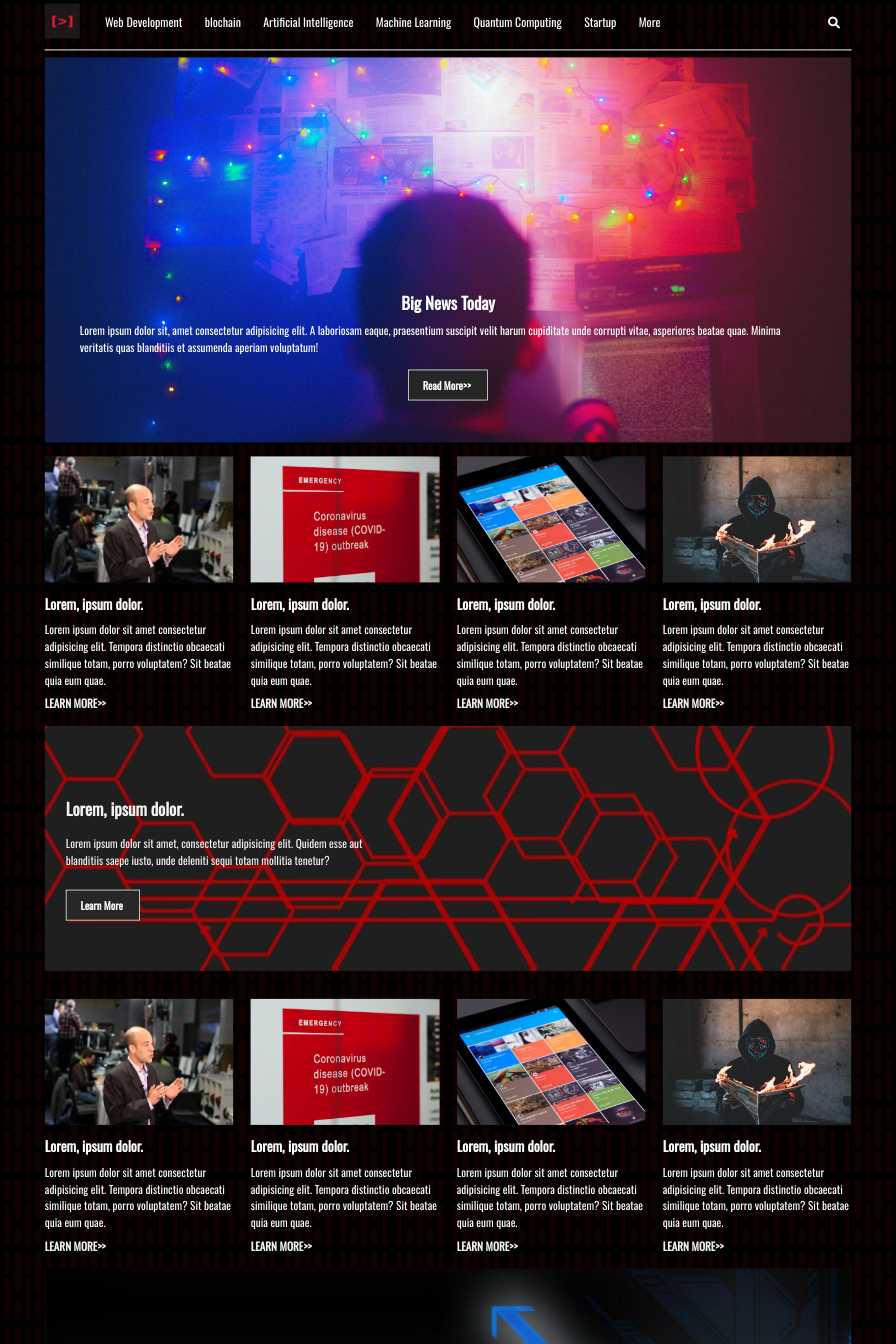
Repository: NickArregoces/News_Web
Page: index.html
The author's editor kept a copy of each file at every save. The page is drawn from the files as they stood at one save, then again after the next save.
The browser window is 1280 px wide. The pictures show the part of the page from y = 0 to 1920 px (the page is 2988 px tall before and 3150 px after), at 70% of full size.

Above is the page before, as saved 2021-12-27 12:53:21.

After the next save:
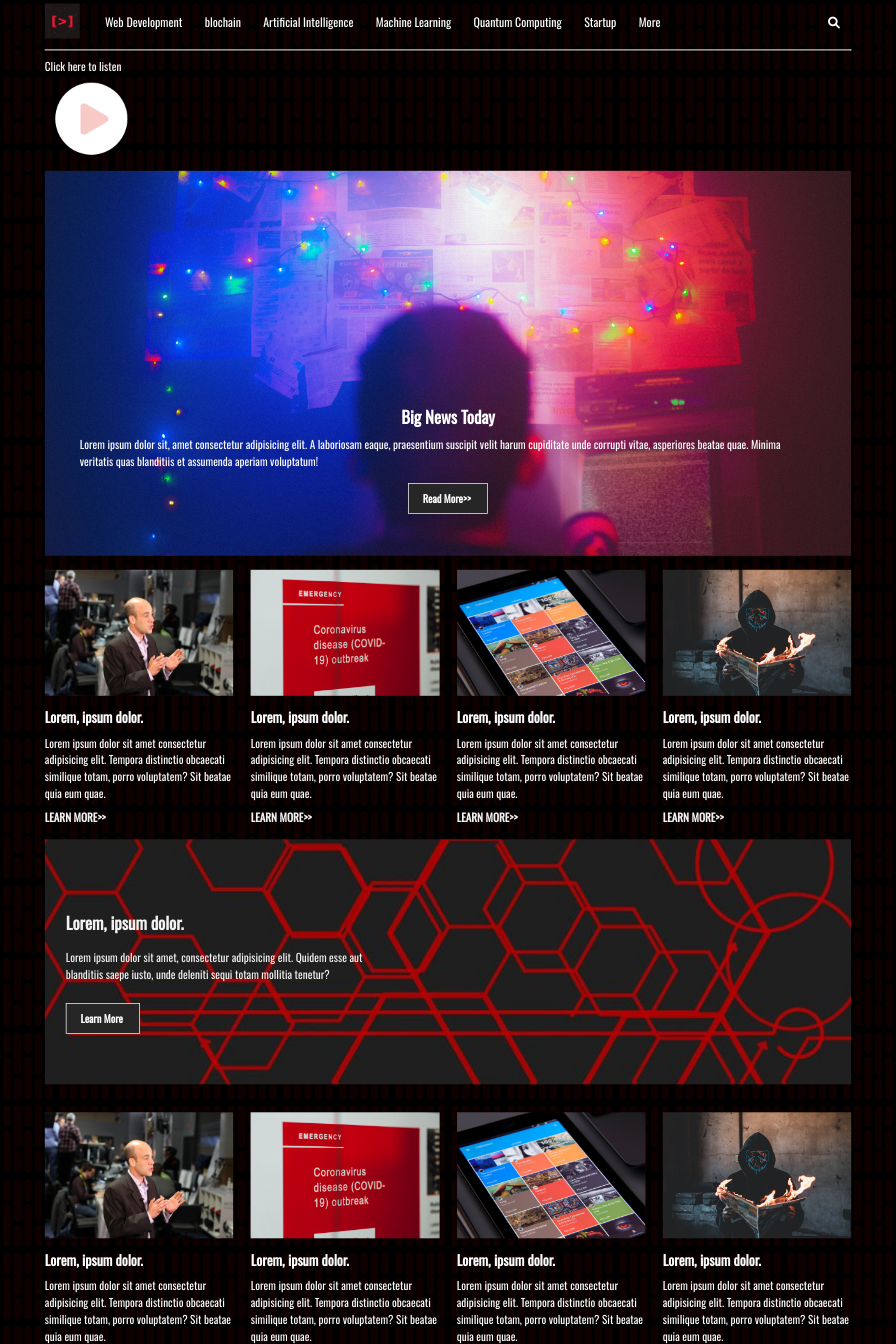
Saved 20 s later.
--- a/index.html
+++ b/index.html
@@ -66,7 +66,10 @@
         </nav>
         <hr> <!--Crea una linea -->
 
-
+        <div class="music">
+            <p>Click here to listen</p>
+            <img src="./Media/play.png" alt="">
+        </div>
         <!--Showcase=Imagen pricnipal-->
         <header class="showcase">
             <h2>Big News Today</h2>

After the save that followed:
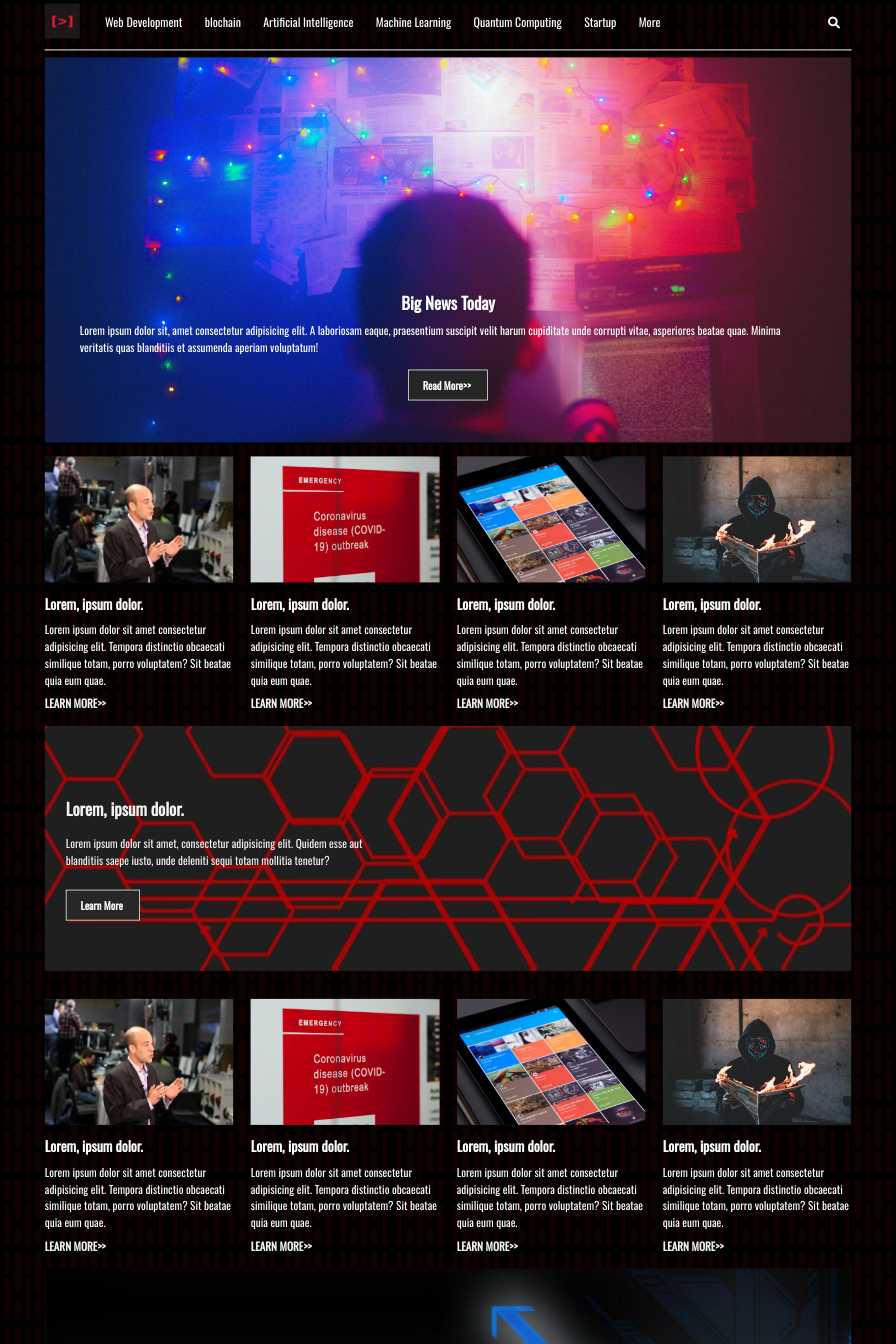
Saved 24 s later.
--- a/index.html
+++ b/index.html
@@ -66,10 +66,7 @@
         </nav>
         <hr> <!--Crea una linea -->
 
-        <div class="music">
-            <p>Click here to listen</p>
-            <img src="./Media/play.png" alt="">
-        </div>
+
         <!--Showcase=Imagen pricnipal-->
         <header class="showcase">
             <h2>Big News Today</h2>
